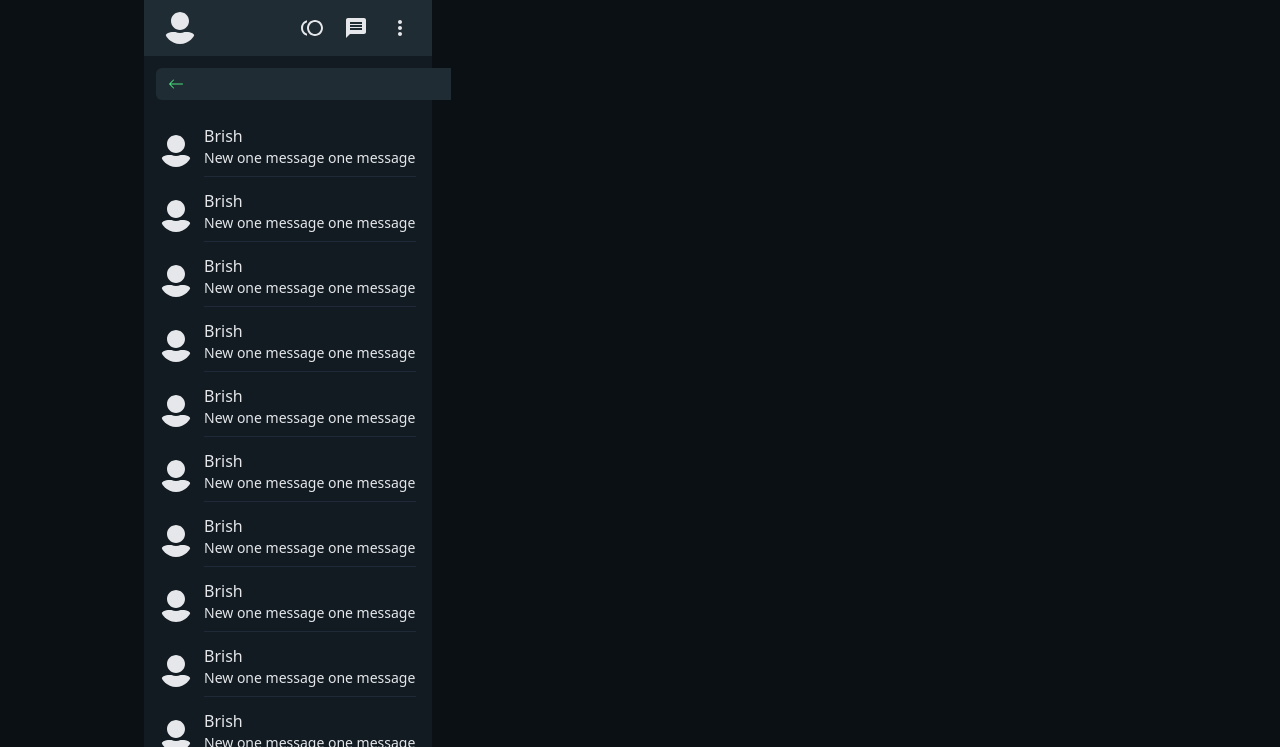
Repository: satya-ranjon/whatsapp-clone-dev
Page: /
The author's editor kept a copy of each file at every save. The page is drawn from the files as they stood at one save, then again after the next save.
The browser window is 1280 px wide. The pictures show the whole page.
The project was rebuilt for these pictures with package versions that can differ from the ones it lists, and the page was loaded fresh each time.

Above is the page before, as saved 2022-04-09 07:21:56.

After the next save:
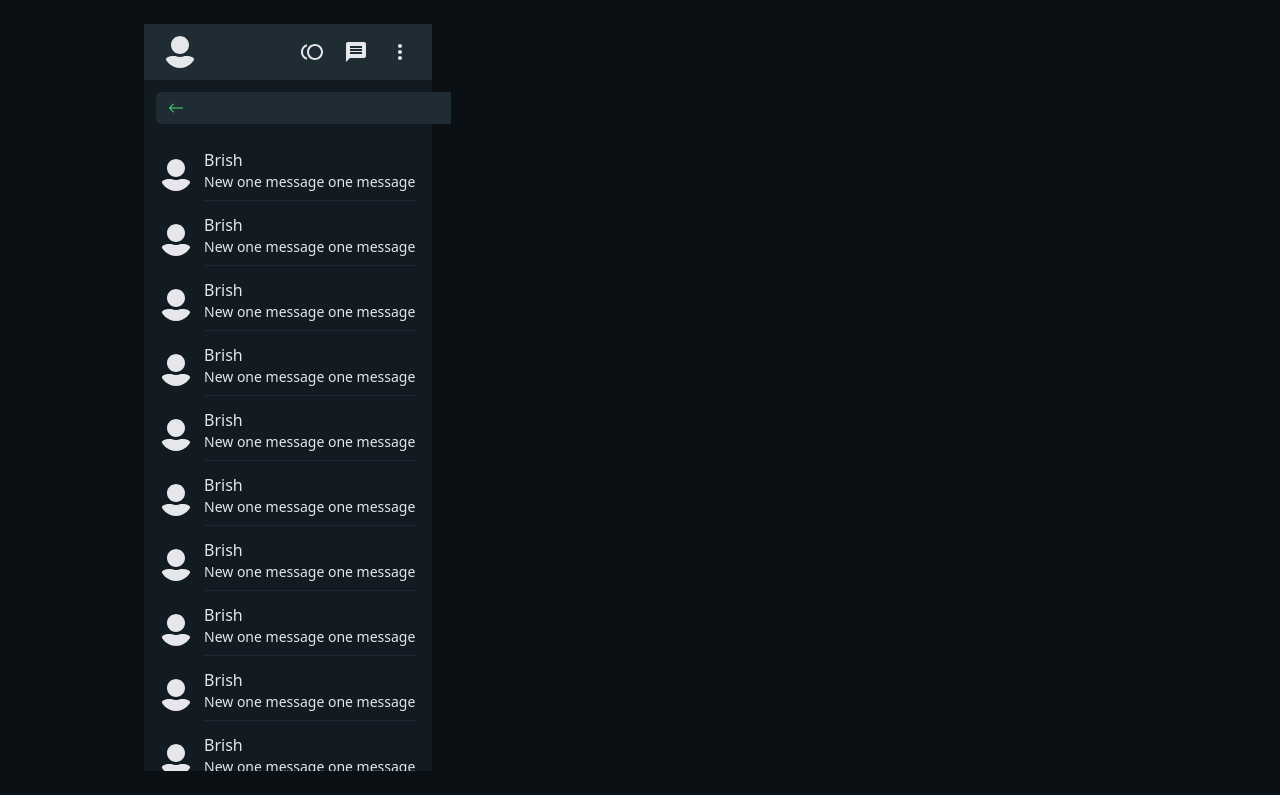
Saved 20 s later.
--- a/src/App.js
+++ b/src/App.js
@@ -2,7 +2,7 @@ import SideBar from "./Components/SideBar";
 
 function App() {
   return (
-    <div className="h-full lg:px-36 bg-[#0a1014]">
+    <div className="lg:p-6 lg:px-36 bg-[#0a1014]">
       <SideBar />
     </div>
   );
